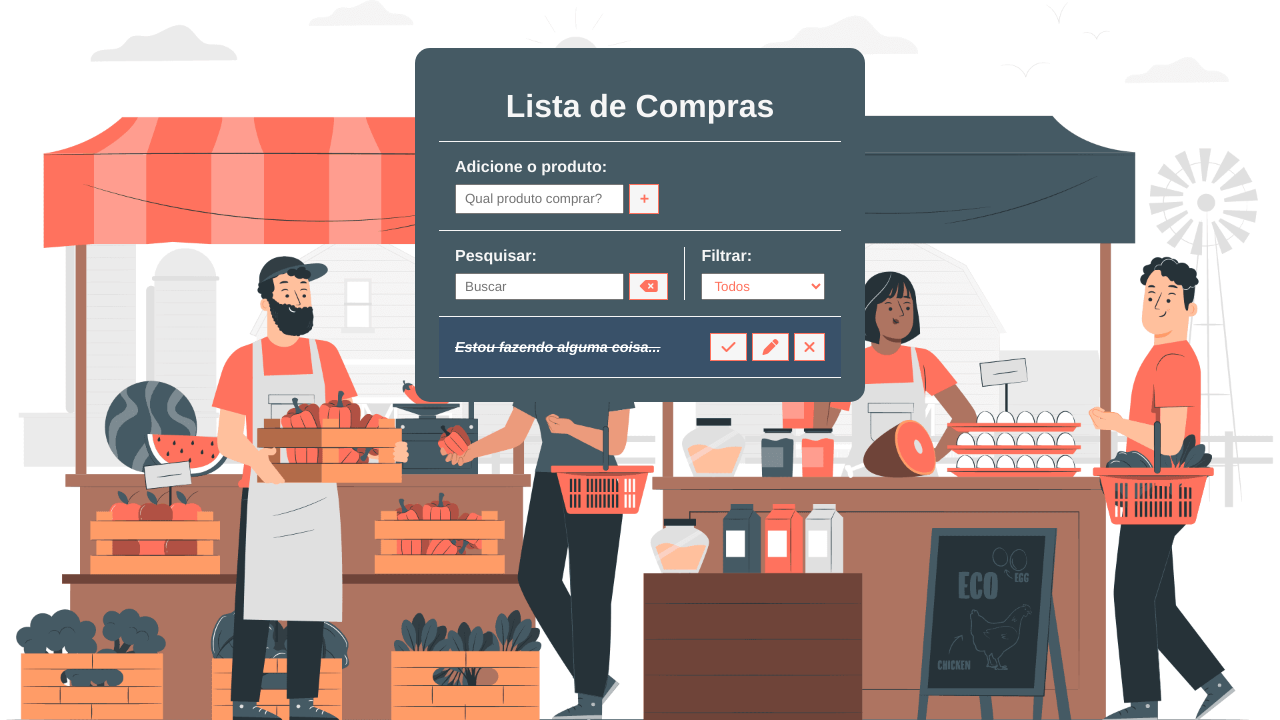
Repository: Dkrvalho/mercado
Page: index.html
These files come from the project's save history. The page is drawn as it stood at one moment and after a run of saves; the edit follows.
The browser window is 1280 px wide. The pictures show the whole page.

Above is the page before, as saved 2023-01-09 15:21:19.

After the next 2 saves:
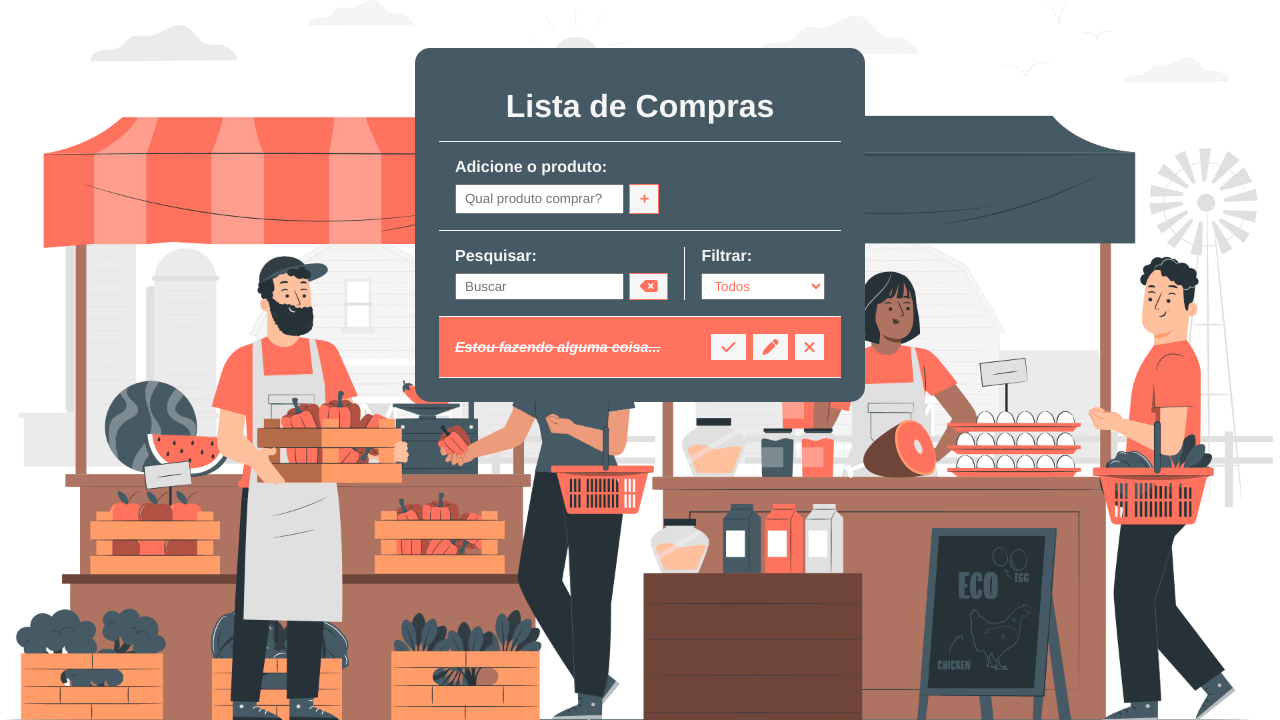
The 2 saves are shown as one change because they came seconds apart.
The last was saved 21 s later.
--- a/css/style.css
+++ b/css/style.css
@@ -154,7 +154,7 @@ input, select {
 }
 
 .done {
-    background-color: #395169;
+    background-color: #ff725e;
 }
 
 .done h3 {
